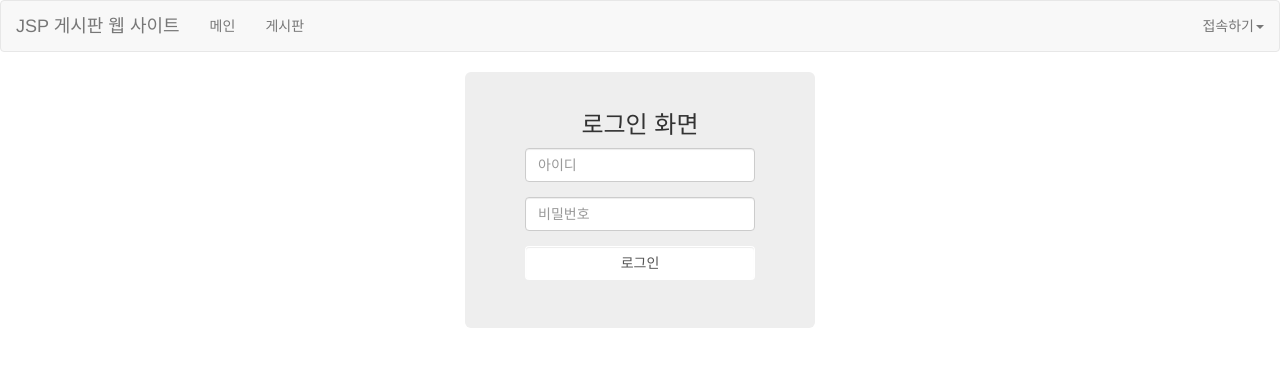
Repository: dirn0568/project
Page: http://localhost/myWeb/login.jsp
An editor plug-in stored every save of this project. The page is shown before and after the next save, followed by the edit.
The browser window is 1280 px wide. The pictures show the whole page.
Some web libraries are served in a nearby version. The page is served by Tomcat 9. Other server files are loaded and not shown.

Above is the page before, as saved 2022-10-09 09:26:01.

### myWeb/src/main/webapp/login.jsp
<%@ page language="java" contentType="text/html; charset=UTF-8"
    pageEncoding="UTF-8"%>
<% request.setCharacterEncoding("UTF-8"); %>
<!DOCTYPE html>
<html>
<head>
<meta charset="UTF-8">
<meta name="viewport" content="width-device-width", initial-scale="1">
<link rel="stylesheet" href="css/bootstrap.css">
<title>JSP 게시판 웹 사이트</title>
</head>
<body>
	<nav class="navbar navbar-default">
		<div class="navbar-header">
			<button type="button" class="navbar-toggle collapsed"
				data-toggle="collapse" data-target="#bs-example-navbar-collapse-1"
				aria-expanded="false">
				<span class="icon-bar"></span>
				<span class="icon-bar"></span>
				<span class="icon-bar"></span>
				</button>
				<a class="navbar-brand" href="main.jsp">JSP 게시판 웹 사이트</a>
		</div>
		<div class="collapse navbar-collapse" id="bs-example-navbar-collapse-1">
			<ul class="nav navbar-nav">
				<li><a href="main.jsp">메인</a></li>
				<li><a href="board.jsp">게시판</a></li>
			</ul>
			<ul class="nav navbar-nav navbar-right">
				<li class="dropdown">
					<a href="#" class="dropdown-toggle"
						data-toggle="dropdown" role="button" aria-haspopup="true"
						aria-expanded="false">접속하기<span class="caret"></span></a>
					<ul class="dropdown-menu">
						<li class="active"><a href="login.jsp">로그인</a></li>
						<li><a href="join.jsp">회원가입</a></li>
					</ul>
				</li>
			</ul>
		</div>
	</nav>
	<div class="container">
		<div class="col-lg-4"></div>
		<div class="col-lg-4">
			<div class="jumbotron" style="padding-top:20px;">
				<form method="post" action="loginAction.jsp">
					<h3 style="text-align:center;">로그인 화면</h3>
					<div class="form-group">
						<input type="text" class="form-control" placeholder="아이디" name="userID" maxlength="20">
					</div>
					<div class="form-group">
						<input type="password" class="form-control" placeholder="비밀번호" name="userPassword" maxlength="20">
					</div>
					<input type="submit" class="btn btn-trimary form-control" value="로그인">
				</form>
			</div>
		</div>
		<div class="col-lg-4"></div>
	</div>
	<script src="https://code.jquery.com/jquery-3.1.1.min.js"></script>
	<script src="js/bootstrap.js"></script>
</body>
</html>

### myWeb/src/main/webapp/base_body.jsp
<%@ page language="java" contentType="text/html; charset=UTF-8"
    pageEncoding="UTF-8"%>
<% request.setCharacterEncoding("UTF-8"); %>
<!DOCTYPE html>
<html>
<body>
	<nav class="navbar navbar-default">
		<div class="navbar-header">
			<button type="button" class="navbar-toggle collapsed"
				data-toggle="collapse" data-target="#bs-example-navbar-collapse-1"
				aria-expanded="false">
				<span class="icon-bar"></span>
				<span class="icon-bar"></span>
				<span class="icon-bar"></span>
				</button>
				<a class="navbar-brand" href="main.jsp">JSP 게시판 웹 사이트</a>
		</div>
		<div class="collapse navbar-collapse" id="bs-example-navbar-collapse-1">
			<ul class="nav navbar-nav">
				<li class="active"><a href="main.jsp">메인</a></li>
				<li><a href="board.jsp">게시판</a></li>
			</ul>
			<%
				String register = null;
				if (session.getAttribute("userID") != null) {
					register = (String) session.getAttribute("userID");
			%>
			<ul class="nav navbar-nav navbar-right">
				<li class="dropdown">
					<a href="#" class="dropdown-toggle"
						data-toggle="dropdown" role="button" aria-haspopup="true"
						aria-expanded="false">회원관리<span class="caret"></span></a>
					<ul class="dropdown-menu">
						<li><a href="logoutAction.jsp">로그아웃</a></li>
					</ul>
				</li>
			</ul>
			<%
				} else {
			%>
			<ul class="nav navbar-nav navbar-right">
				<li class="dropdown">
					<a href="#" class="dropdown-toggle"
						data-toggle="dropdown" role="button" aria-haspopup="true"
						aria-expanded="false">접속하기<span class="caret"></span></a>
					<ul class="dropdown-menu">
						<li><a href="login.jsp">로그인</a></li>
						<li><a href="join.jsp">회원가입</a></li>
					</ul>
				</li>
			</ul>
			<%
				}
			%>
		</div>
	</nav>
</body>
</html>

Loaded but not shown: myWeb/src/main/webapp/css/bootstrap.css (library); myWeb/src/main/webapp/js/bootstrap.js (library)

After the next save:
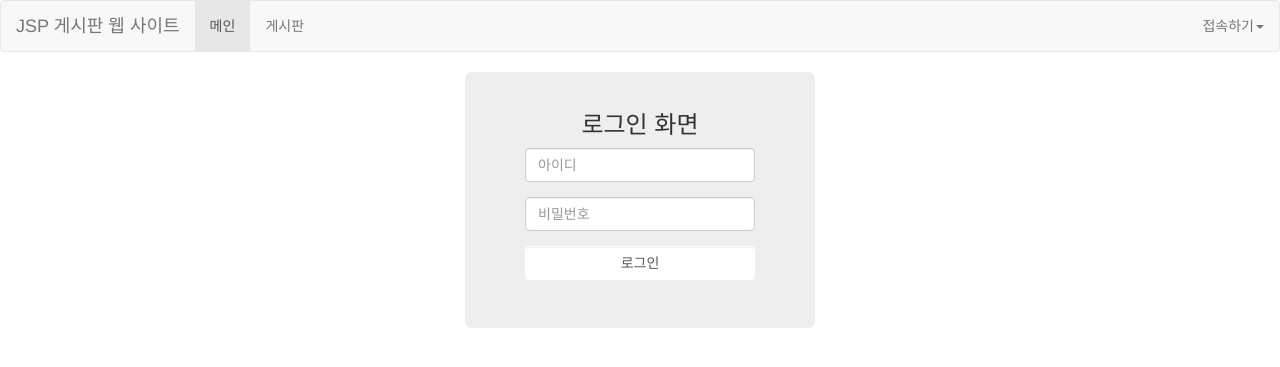
Saved 32 s later.
--- a/myWeb/src/main/webapp/login.jsp
+++ b/myWeb/src/main/webapp/login.jsp
@@ -10,35 +10,7 @@
 <title>JSP 게시판 웹 사이트</title>
 </head>
 <body>
-	<nav class="navbar navbar-default">
-		<div class="navbar-header">
-			<button type="button" class="navbar-toggle collapsed"
-				data-toggle="collapse" data-target="#bs-example-navbar-collapse-1"
-				aria-expanded="false">
-				<span class="icon-bar"></span>
-				<span class="icon-bar"></span>
-				<span class="icon-bar"></span>
-				</button>
-				<a class="navbar-brand" href="main.jsp">JSP 게시판 웹 사이트</a>
-		</div>
-		<div class="collapse navbar-collapse" id="bs-example-navbar-collapse-1">
-			<ul class="nav navbar-nav">
-				<li><a href="main.jsp">메인</a></li>
-				<li><a href="board.jsp">게시판</a></li>
-			</ul>
-			<ul class="nav navbar-nav navbar-right">
-				<li class="dropdown">
-					<a href="#" class="dropdown-toggle"
-						data-toggle="dropdown" role="button" aria-haspopup="true"
-						aria-expanded="false">접속하기<span class="caret"></span></a>
-					<ul class="dropdown-menu">
-						<li class="active"><a href="login.jsp">로그인</a></li>
-						<li><a href="join.jsp">회원가입</a></li>
-					</ul>
-				</li>
-			</ul>
-		</div>
-	</nav>
+	<%@ include file="base_body.jsp" %>
 	<div class="container">
 		<div class="col-lg-4"></div>
 		<div class="col-lg-4">
